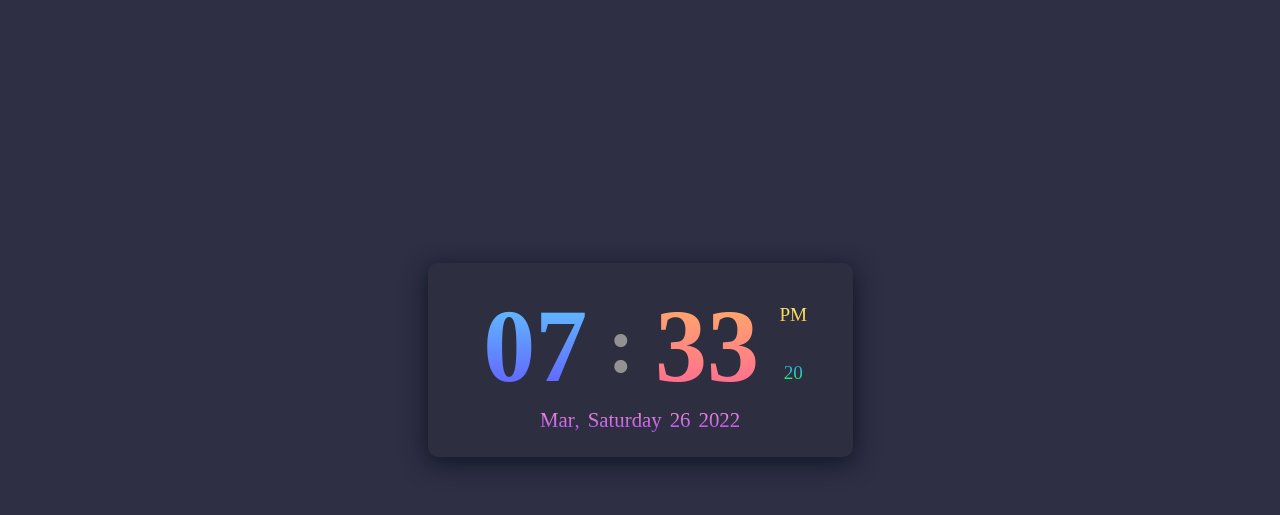
Repository: QUANGTHAI2003/digital-clock
Page: index.html
An editor plug-in stored every save of this project. The page is shown before and after the next save, followed by the edit.
The browser window is 1280 px wide. The pictures show the whole page.
Some icons come from a web library that is not loaded, so they are not drawn.

Above is the page before, as saved 2022-03-26 22:13:03.
Console error: TypeError: year.addEventListener is not a function

### index.html
<!DOCTYPE html>
<html lang="en">
    <head>
        <meta charset="UTF-8" />
        <meta http-equiv="X-UA-Compatible" content="IE=edge" />
        <meta name="viewport" content="width=device-width, initial-scale=1.0" />
        <title>Digital-Clock</title>
        <link rel="stylesheet" href="style.css" />
        <link rel="stylesheet" href="https://unicons.iconscout.com/release/v4.0.0/css/line.css" />
    </head>
    <body>
        <div class="digital-clock">
            <i class="uil uil-ellipsis-v dot-menu-btn"></i>
            <div class="time">
                <span class="hours">00</span>
                <span class="dots">:</span>
                <span class="minutes">00</span>
                <div class="right-side">
                    <span class="period">AN/PM</span>
                    <span class="seconds">00</span>
                </div>
            </div>
            <div class="calendar">
                <span class="month-name">Mar</span>,
                <span class="day-name">Sunday</span>
                <span class="day-number">6</span>
                <span class="year">2022</span>
            </div>
        </div>
        <script src="./app.js"></script>
    </body>
</html>

### style.css
@import url('https://fonts.googleapis.com/css2?family=Poppins:ital,wght@0,100;0,200;0,300;0,400;0,500;0,600;0,700;0,800;0,900;1,100;1,200;1,300;1,400;1,500;1,600;1,700;1,800;1,900&display=swap');

* {
    margin: 0;
    padding: 0;
    box-sizing: border-box;
    font-family: 'Poppins'sans-serif;
}

body {
    min-height: 100vh;
    display: flex;
    justify-content: center;
    align-items: center;
    background: #2e2e44;
}

.digital-clock {
    position: relative;
    color: #fff;
    background: #2d2f41;
    width: 425px;
    padding: 20px 45px;
    box-shadow: 0 5px 25px rgba(14, 21, 37, 08);
    border-radius: 10px;
    display: flex;
    justify-content: center;
    align-items: center;
    flex-direction: column;
}

.time {
    position: relative;
    display: flex;
    justify-content: center;
    align-items: center;
}

.hours,
.dots,
.minutes {
    display: flex;
    justify-content: center;
    align-items: center;
    font-weight: 600;
    padding: 0 10px;
    line-height: 125px;
}

.hours,
.minutes {
    font-size: 6.5em;
    width: 125px;
}

.dots {
    font-size: 5em;
    color: #929292;
}

.hours {
    background: -webkit-linear-gradient(90deg, #634dff, #5fd4ff);
    -webkit-text-fill-color: transparent;
    -webkit-background-clip: text;
}

.minutes {
    background: -webkit-linear-gradient(90deg, #ff5e9a, #ffb960);
    -webkit-text-fill-color: transparent;
    -webkit-background-clip: text;
}

.right-side {
    position: relative;
    display: flex;
    justify-content: center;
    align-items: center;
    flex-direction: column;
    margin-left: 10px;
}

.period,
.seconds {
    font-size: 1.2em;
    font-weight: 500;
}

.period {
    transform: translateY(-20px);
    background: -webkit-linear-gradient(90deg, #f7b63f, #faf879);
    -webkit-text-fill-color: transparent;
    -webkit-background-clip: text;
}

.seconds {
    transform: translateY(16px);
    background: -webkit-linear-gradient(90deg, #24ff6d, #2f93f1);
    -webkit-text-fill-color: transparent;
    -webkit-background-clip: text;
}

.calendar {
    display: flex;
    justify-content: center;
    align-items: center;
    font-size: 1.3em;
    font-weight: 500;
    margin-bottom: 5px;
    background: -webkit-linear-gradient(90deg, #ae4af6, #ff98d1);
    -webkit-text-fill-color: transparent;
    -webkit-background-clip: text;
}

.day-name,
.day-number,
.year {
    margin-left: 8px;
}

### app.js
function clock() {
    var today = new Date();
    var hours = today.getHours();
    var minutes = today.getMinutes();
    var seconds = today.getSeconds();
    var period = "AM"

    // Set the time period(AM or PM)
    if (hours >= 12) {
        period = "PM";
    }
    // Set the 12-hour clock format
    hours = hours > 12 ? hours % 12 : hours

    // Add the 0 for the values of lower than 10
    if (hours < 10) {
        hours = "0" + hours;
    }
    if (minutes < 10) {
        minutes = "0" + minutes;
    }
    if (seconds < 10) {
        seconds = "0" + seconds;
    }

    document.querySelector(".hours").innerHTML = hours;
    document.querySelector(".minutes").innerHTML = minutes;
    document.querySelector(".seconds").innerHTML = seconds;
    document.querySelector(".period").innerHTML = period;
}

var updateClock = setInterval(clock, 1000);

// Get the date in javascript
var today = new Date();
const dayNumber = today.getDate();
const year = today.getFullYear();
const dayName = today.toLocaleString('default', { weekday: 'long' });
const monthName = today.toLocaleString('default', { month: 'short' });

document.querySelector(".month-name").innerHTML = monthName;
document.querySelector(".day-name").innerHTML = dayName;
document.querySelector(".day-number").innerHTML = dayNumber;
document.querySelector(".year").innerHTML = year;

year.addEventListener("click", function () {
    alert("The year is " + year);
});

After the next save:
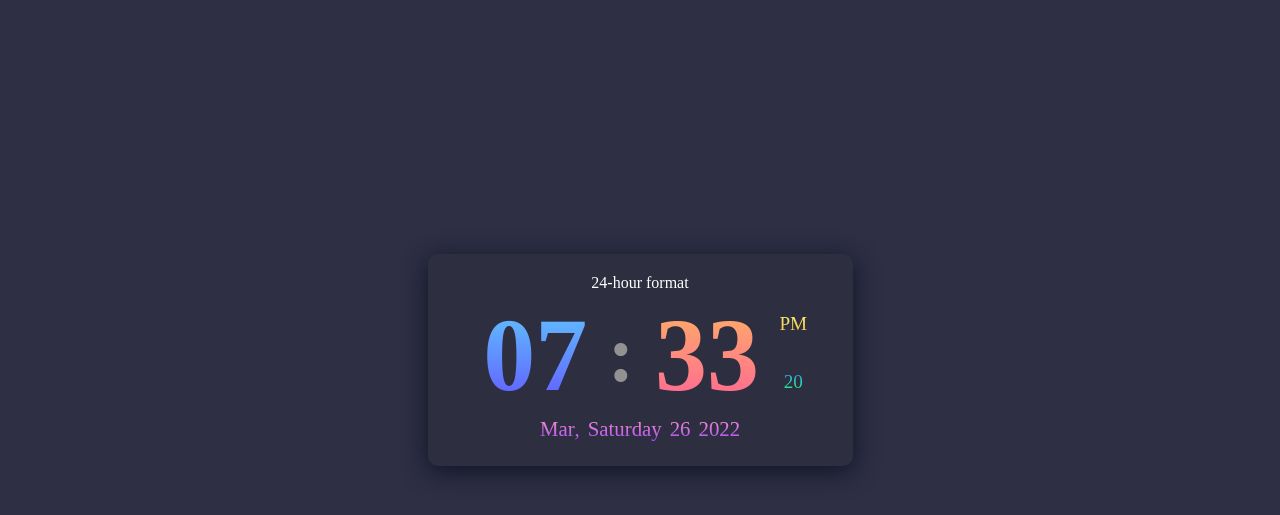
Saved 66 min 58 s later.
--- a/index.html
+++ b/index.html
@@ -11,6 +11,10 @@
     <body>
         <div class="digital-clock">
             <i class="uil uil-ellipsis-v dot-menu-btn"></i>
+            <ul class="dot-menu">
+                <span class="clock-format-text">24-hour format</span>
+                <div class="format-switch-btn"></div>
+            </ul>
             <div class="time">
                 <span class="hours">00</span>
                 <span class="dots">:</span>
